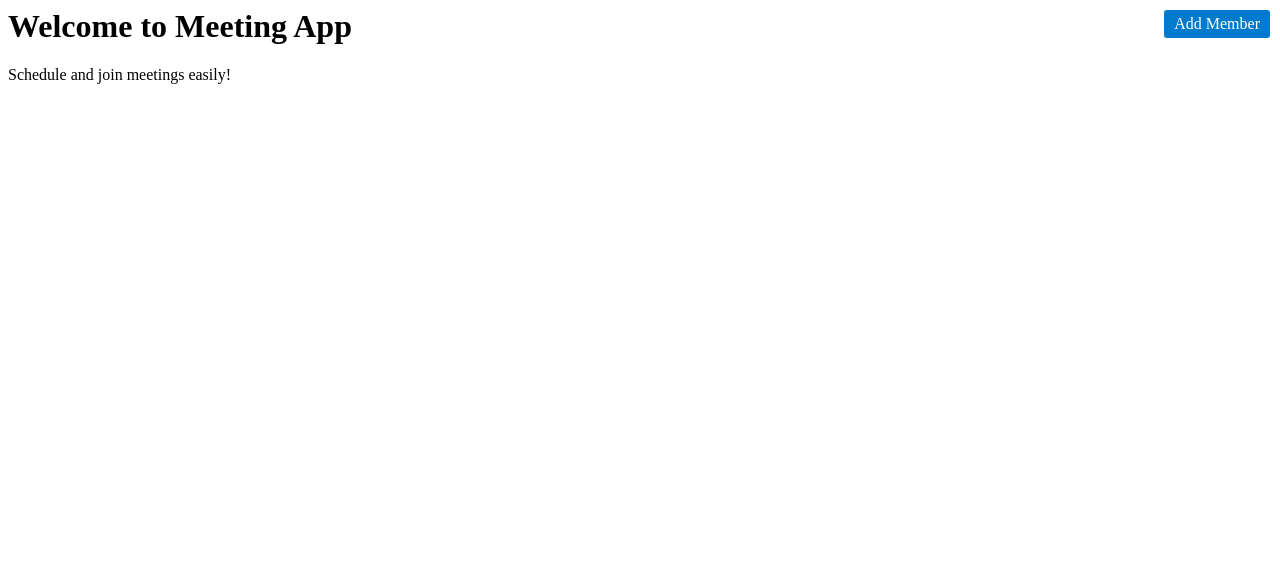
Repository: alexanderneal/meetingApp
Page: meetingApp copia/popup.html
The author's editor kept a copy of each file at every save. The page is drawn from the files as they stood at one save, then again after the next save.
The browser window is 1280 px wide. The pictures show the whole page.

Above is the page before, as saved 2023-04-21 10:29:04.

After the next save:
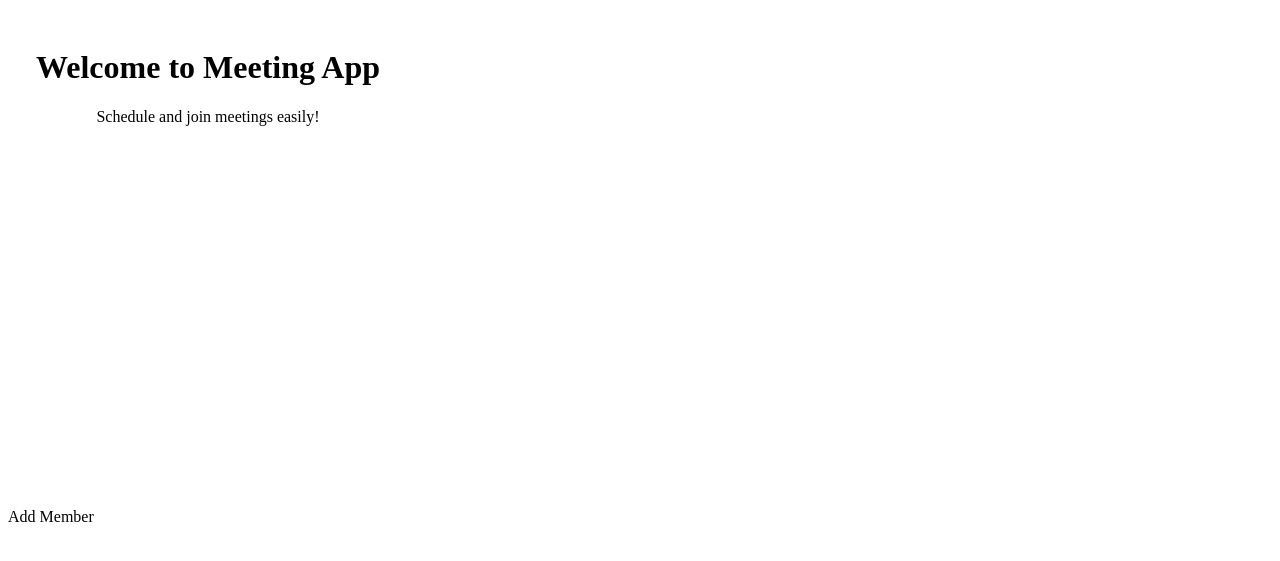
Saved 20 min 40 s later.
--- a/meetingApp copia/popup.css
+++ b/meetingApp copia/popup.css
@@ -1,12 +1,7 @@
-#add-member-btn {
-    position: absolute;
-    top: 10px;
-    right: 10px;
-    padding: 5px 10px;
-    background-color: #007acc;
-    color: white;
-    border: none;
-    border-radius: 3px;
-    font-size: 16px;
-    cursor: pointer;
+.popup-container {
+    width: 400px;
+    height: 500px;
+    padding: 20px;
+    box-sizing: border-box;
+    text-align: center;
   }
